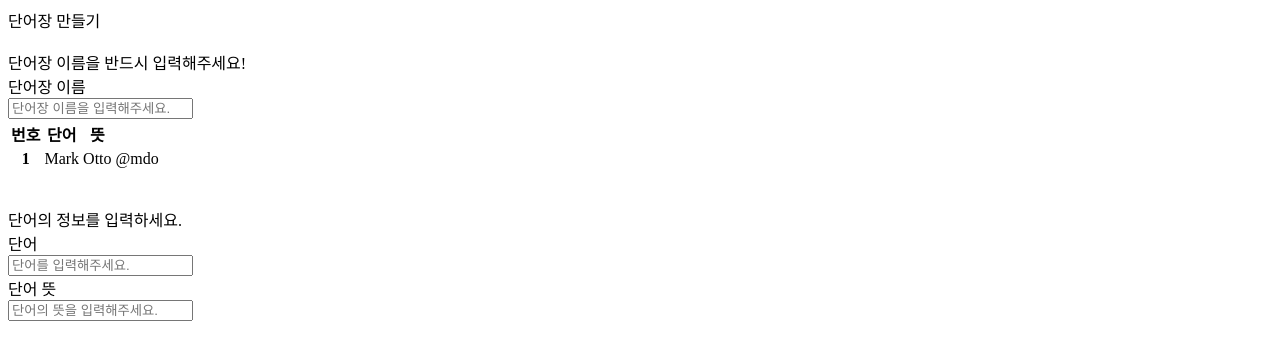
Repository: Pastelkun99/remembrance
Page: http://localhost/ProjectRemembrance/WEB-INF/views/menu_pages/11_makeWordCard.jsp
These files come from the project's save history. The page is drawn as it stood at one moment and after the next save; the edit follows.
The browser window is 1280 px wide. The pictures show the whole page.
The page is served by Tomcat 9. Nobody is signed in. The template is opened directly, without the code that normally fills it, so the values that code supplies are empty.

Above is the page before, as saved 2019-08-27 13:31:02.

After the next save:
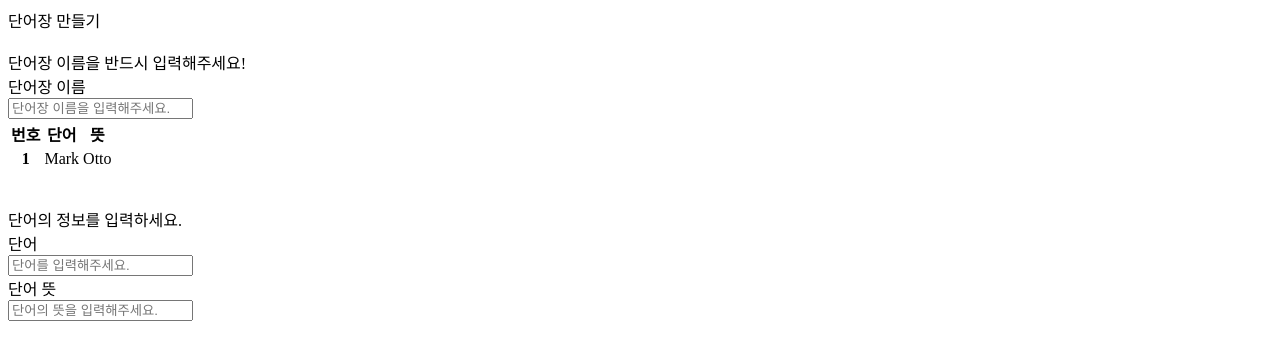
Saved 26 s later.
--- a/ProjectRemembrance/src/main/webapp/WEB-INF/views/menu_pages/11_makeWordCard.jsp
+++ b/ProjectRemembrance/src/main/webapp/WEB-INF/views/menu_pages/11_makeWordCard.jsp
@@ -26,7 +26,6 @@
 				<th scope="row">1</th>
 				<td>Mark</td>
 				<td>Otto</td>
-				<td>@mdo</td>
 			</tr>
 		</tbody>
 	</table>
